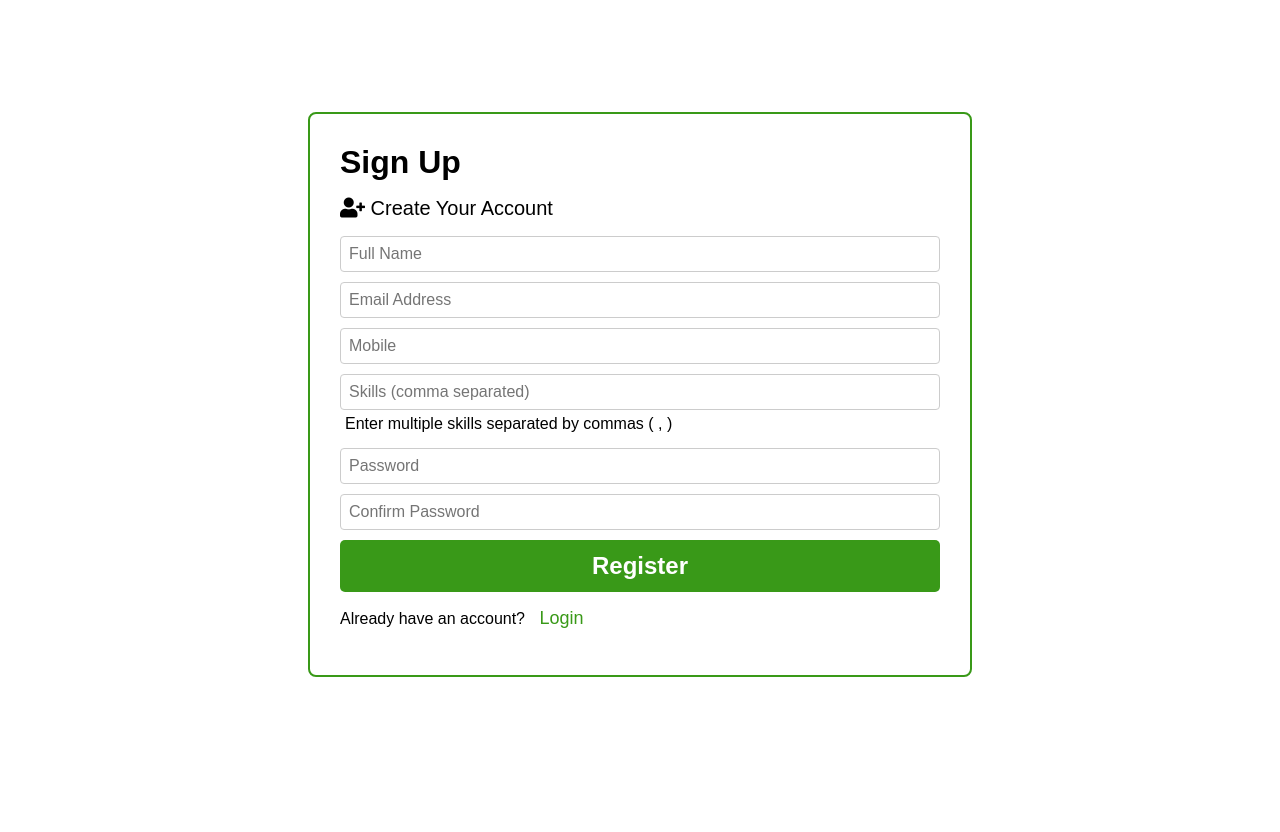
Repository: sayyad-mukthumsa-123/DevMania
Page: /register (app in frontend/)
An editor plug-in stored every save of this project. The page is shown before and after the next save, followed by the edit.
The browser window is 1280 px wide. The pictures show the whole page.
The project was rebuilt for these pictures with package versions that can differ from the ones it lists, and the page was loaded fresh each time. Also part of the build but not shown: frontend/src/pages/Home.js, frontend/src/pages/login.js, frontend/src/pages/Allprofiles.js, frontend/src/pages/MyProfile.js, frontend/src/pages/Indprofile.js.

Above is the page before, as saved 2025-03-01 10:43:14.

### frontend/public/index.html
<!-- public/index.html -->
<!DOCTYPE html>
<html lang="en">
<head>
  <meta charset="UTF-8">
  <meta name="viewport" content="width=device-width, initial-scale=1.0">
  <title>Developers Hub</title>
  <link rel="stylesheet" href="https://cdnjs.cloudflare.com/ajax/libs/font-awesome/5.15.3/css/all.min.css">
</head>
<body>
  <div id="root"></div>
</body>
</html>

### frontend/src/App.js
import React from 'react'
import {BrowserRouter,Route,Routes} from 'react-router-dom'
import Home from './pages/Home'
import Login from './pages/login'
import Register from './pages/register'
import Allprofiles from './pages/Allprofiles'
import MyProfile from './pages/MyProfile'
import Indprofile from './pages/Indprofile'

const App = () => {
  return (
    <div>

      <BrowserRouter>
      <Routes>
        <Route path='/' exact Component={Home}/>
        <Route path='/login' exact Component={Login}/>
        <Route path='/register' exact Component={Register}/>
        <Route path='/allprofiles' exact Component={Allprofiles}/>
        <Route path='/myprofile' exact Component={MyProfile}/>
        <Route path='/indprofile/:fullname/:email/:skill/:id' exact Component={Indprofile}/>
      </Routes>
      </BrowserRouter>
    </div>
  )
}

export default App

### frontend/src/pages/register.js
import React, { useState } from 'react';
import { Link, useNavigate } from 'react-router-dom';
import axios from 'axios';
import '../styles/styles.css';

const Register = () => {
    const [formData, setFormData] = useState({
        fullname: '',
        email: '',
        mobile: '',
        skill: '',
        password: '',
        confirmPassword: ''
    });

    const navigate = useNavigate();

    const handleChange = e => {
        setFormData({ ...formData, [e.target.name]: e.target.value });
    };

    const handleSubmit = async e => {
        e.preventDefault();

        if (formData.password !== formData.confirmPassword) {
            alert("Passwords do not match");
            return;
        }

        try {
            const response = await axios.post('http://localhost:5000/register', formData, {
                headers: {
                    'Content-Type': 'application/json',
                }
            });

            if (response.status === 200) {
                console.log('Success:', response.data);
                alert('Registration successful! Please log in.');
                navigate('/login');
            } else {
                console.error('Error:', response.statusText);
            }
        } catch (error) {
            console.error('Error:', error);
        }
    };

    return (
        <div >
            <section className="container box">
                <h1 className='large'>Sign Up</h1>
                <p className='lead'><i className="fas fa-user-plus"></i> Create Your Account</p>
                <form className='form' onSubmit={handleSubmit} autoComplete='off'>
                    <div className='form-group'>
                        <input
                            type='text'
                            placeholder='Full Name'
                            name="fullname"
                            value={formData.fullname}
                            onChange={handleChange}
                            required
                        />
                    </div>
                    <div className='form-group'>
                        <input
                            type='email'
                            placeholder='Email Address'
                            name="email"
                            value={formData.email}
                            onChange={handleChange}
                            required
                        />
                    </div>
                    <div className='form-group'>
                        <input
                            type='text'
                            placeholder='Mobile'
                            name="mobile"
                            value={formData.mobile}
                            onChange={handleChange}
                            required
                        />
                    </div>
                    <div className='form-group'>
                        <input
                            type='text'
                            placeholder='Skills (comma separated)'
                            name="skill"
                            value={formData.skill}
                            onChange={handleChange}
                            required
                        />
                        <p className='form-text'>Enter multiple skills separated by commas ( , )</p>
                    </div>
                    <div className='form-group'>
                        <input
                            type='password'
                            placeholder='Password'
                            name="password"
                            value={formData.password}
                            onChange={handleChange}
                            minLength='6'
                            required
                        />
                    </div>
                    <div className='form-group'>
                        <input
                            type='password'
                            placeholder='Confirm Password'
                            name="confirmPassword"
                            value={formData.confirmPassword}
                            onChange={handleChange}
                            minLength='6'
                            required
                        />
                    </div>
                    <input type='submit' className='btn' value="Register" />
                </form>
                <p className="text">
                    Already have an account? <Link to="/login" className='link-auth'>Login</Link>
                </p>
            </section>
        </div>
    );
}

export default Register;

### frontend/src/styles/styles.css
/* General reset */
body, html {
  margin: 0;
  padding: 0;
  font-family: Arial, sans-serif;
  width: 100%;
  min-height: 100vh;

}

/* Navbar styles */
.navbar {
  display: flex;
  justify-content: space-between;
  align-items: center;
  padding: 1px !important;
  font-size: x-large;
  background-color: #22580f
}

.navbar h1 a {
  color: #ffffff;
  text-decoration: none;
}

.navbar ul {
  list-style: none;
  display: flex;
  margin: 0;
  font-size: larger;
}
.navbar ul li
{
  padding: 10px;
  transition: all 0.3s ease;
}
.navbar ul li:hover
{
  transform: scale(1.1);
}
.navbar ul li {
  margin-left: 1rem;
}

.navbar ul li a {
  color: #ffffff;
  text-decoration: none;
}

/* Landing page styles */
.landing {
  height: 100vh;
  display: flex;
  align-items: center;
  justify-content: center;
  color: white;
  position: relative;
  background: url('../images/home.png') no-repeat center center/cover;
  text-align: center;
  flex-direction: column;
}

.dark-overlay {
  position: absolute;
  top: 0;
  left: 0;
  right: 0;
  bottom: 0;
  background: rgba(0, 0, 0, 0.6); /* Adds a dark overlay for better text visibility */
  display: flex;
  flex-direction: column;
  justify-content: center;
  align-items: center;
}

.landing-inner {
  text-align: center;
  z-index: 2;
  position: relative;
  padding: 2rem;
  max-width: 800px;
}

.x-large {
  font-size: 4rem;
  font-weight: bold;
  margin-bottom: 1rem !important;
}

.lead {
  font-size: 1.5rem;
  margin-bottom: 2rem;
}

.buttons {
  display: flex;
  justify-content: center;
  gap: 1.5rem;
}

.btn, .btn-auth {
  width: auto;
  padding: 0.75rem 1.5rem;
  border: none;
  border-radius: 8px;
  cursor: pointer;
  text-decoration: none;
  font-size: 1.25rem;
  font-weight: bold;
  background-color: #399918;
  color: #ffffff;
  transition: all 0.3s ease;
}

.btn:hover,.btn-auth:hover {
  background-color:#256210;
  transition: all;
}

/* Ensure Navbar stays at the top */
.navbar {
  position: absolute;
  top: 0;
  left: 0;
  width: 100%;
  z-index: 3;
}


/* Container styles */
.container {
  width: 600px;
  margin: 7rem auto;
  padding: 30px;
  border: 2px solid #399918;
  color: black;
  border-radius: 8px;
  position: relative;
  z-index: 1; /* Ensures the container is above any background effects */
}

/* Form styles */
.form {


  display: flex;
  flex-direction: column;
}

.form-group {
  margin-bottom: 1.5rem;
}

.form-text
{
  margin:5px !important;
}


.form-group input:focus {
  border-color: #f6f7f9;
  box-shadow: 0 0 8px rgba(0, 123, 255, 0.3);
  outline: none;
}

.btn {
  display: inline-block;
  padding: 0.75rem 1.5rem;
  border: none;
  border-radius: 5px;
  cursor: pointer;
  text-decoration: none;
  font-size: 1.5rem;
  text-align: center;
}


.large {
  margin: 0 !important;
  font-size: 2rem;
  margin-bottom: 1rem;
}

.lead {
  font-size: 1.25rem;
  margin-bottom: 1rem;
}

.error {
  color: red;
  margin-top: 1rem;
}

p {
  margin-top: 1rem;
}
.link-auth{
  color:#399918;
  text-decoration: none;
  cursor: pointer;
  padding-left:10px ;
  transition: all 0.3s ease;
  display: inline-block;
  font-size: large;
}
.link-auth:hover
{
  transform: scale(1.3);
}
/* Profiles styles */
.profiles {
  display: flex;
  flex-direction: column;
  gap: 1rem;
}

.profile {
  background-color: #f4f4f4;
  padding: 1rem;
  display: flex;
  align-items: center;
  border: 1px solid #ccc;
  box-shadow: 0 4px 8px rgba(0, 0, 0, 0.1);
  border-radius: 5px;
  margin-bottom: 1rem;
}

.profile .round-img {
  width: 100px;
  border-radius: 50%;
  margin-right: 1rem;
}

.profile-info {
  flex: 1;
}

.profile-info h2 {
  margin: 0 0 0.5rem 0;
}

.profile-info p {
  margin: 0.5rem 0;
}

.profile-info .btn {
  display: inline-block;
  background-color:#399918;
  color: #fff;
  padding: 0.5rem 1rem;
  text-decoration: none;
  border-radius: 0.25rem;
  margin-top: 0.5rem;
  transition: all 0.3s ease;
}

.profile-info .btn:hover {
  transform: scale(1.1);
  background-color:#399918;
}

.profile-skills {
  list-style: none;
  padding: 0;
  display: flex;
  flex-direction: column;
  gap: 0.5rem;
  margin-left: 1rem;
  color: black;
}

.profile-skills li {
  display: flex;
  align-items: center;
  color:greenyellow;
}

.profile-skills li i {
  margin-right: 0.5rem;
}

/* GitHub Section */
.profile-github {
  margin-top: 1rem;
}

.profile-github h2 {
  margin-bottom: 1rem;
}

.repo {
  background: #fff;
  padding: 1rem;
  margin-bottom: 1rem;
  border: 1px solid #ccc;
}

.repo h4 {
  margin: 0.5rem 0;
}

.repo p {
  margin: 0.5rem 0;
}

/* Form */
.form {
  margin-top: 1rem;
}

.form-group {
  margin-bottom: 10px;
}

.form-group input {
  width:97%;
  padding: 0.5rem;
  border: 1px solid #ccc;
  border-radius: 0.25rem;
  font-size: 1rem;
}

.form-group input:focus {
  border-color: #007bff;
  outline: none;
}


/* Profile Grid */
.profile-grid {
  display: grid;
  grid-template-columns: 1fr;
  grid-gap: 1rem;
  margin-top: 1rem;
}

.profile-top {
  background: #0a0a0a;
  color: #fff;
  padding: 1rem;
  text-align: center;
}

.profile-top img {
  width: 150px;
  border-radius: 50%;
}

.profile-top h1 {
  margin: 0.5rem 0;
}

.profile-top p {
  margin: 0.5rem 0;
}
a{
  color:aqua
}
 .white-text {
  color: black;
}
 .skill-text {
  /* background-color: #5e585c16;  */
  color: #c51414;
  padding: 10px 15px;
  border-radius: 5px;
  display: flex;
  align-items: center;
  font-size: 16px;
  margin-top: 2px;
  /* box-shadow: 0 2px 4px rgba(0, 0, 0, 0.1);  */
}


.skill-text i {
  color: #28a745;
  margin-right: 30px;
}
.taskprovider
{
  color:#28a745;
  text-decoration: none;
  font-size: xx-large;
}

Loaded but not shown: frontend/src/index.js (common file); frontend/src/index.css (common file); frontend/src/reportWebVitals.js (common file)

After the next save:
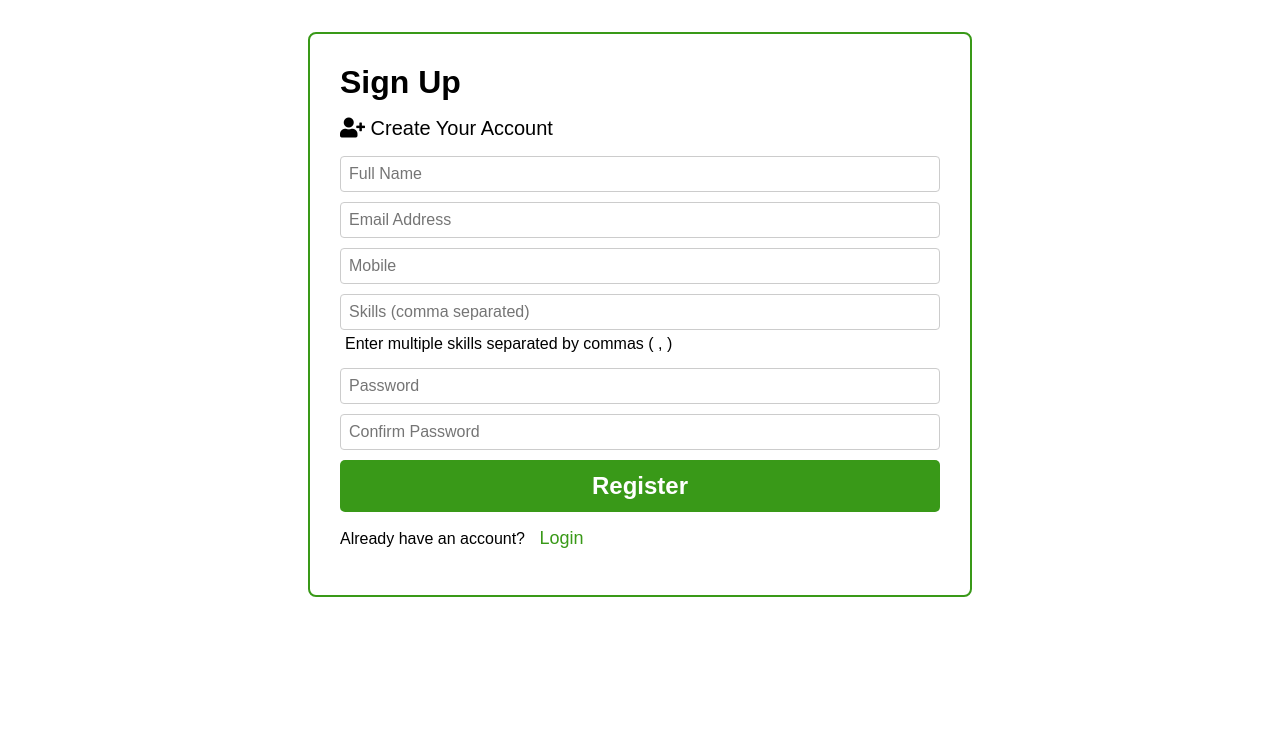
Saved 14 s later.
--- a/frontend/src/styles/styles.css
+++ b/frontend/src/styles/styles.css
@@ -138,6 +138,10 @@ body, html {
   position: relative;
   z-index: 1; /* Ensures the container is above any background effects */
 }
+.box
+{
+  margin: 2rem auto;
+}
 
 /* Form styles */
 .form {
